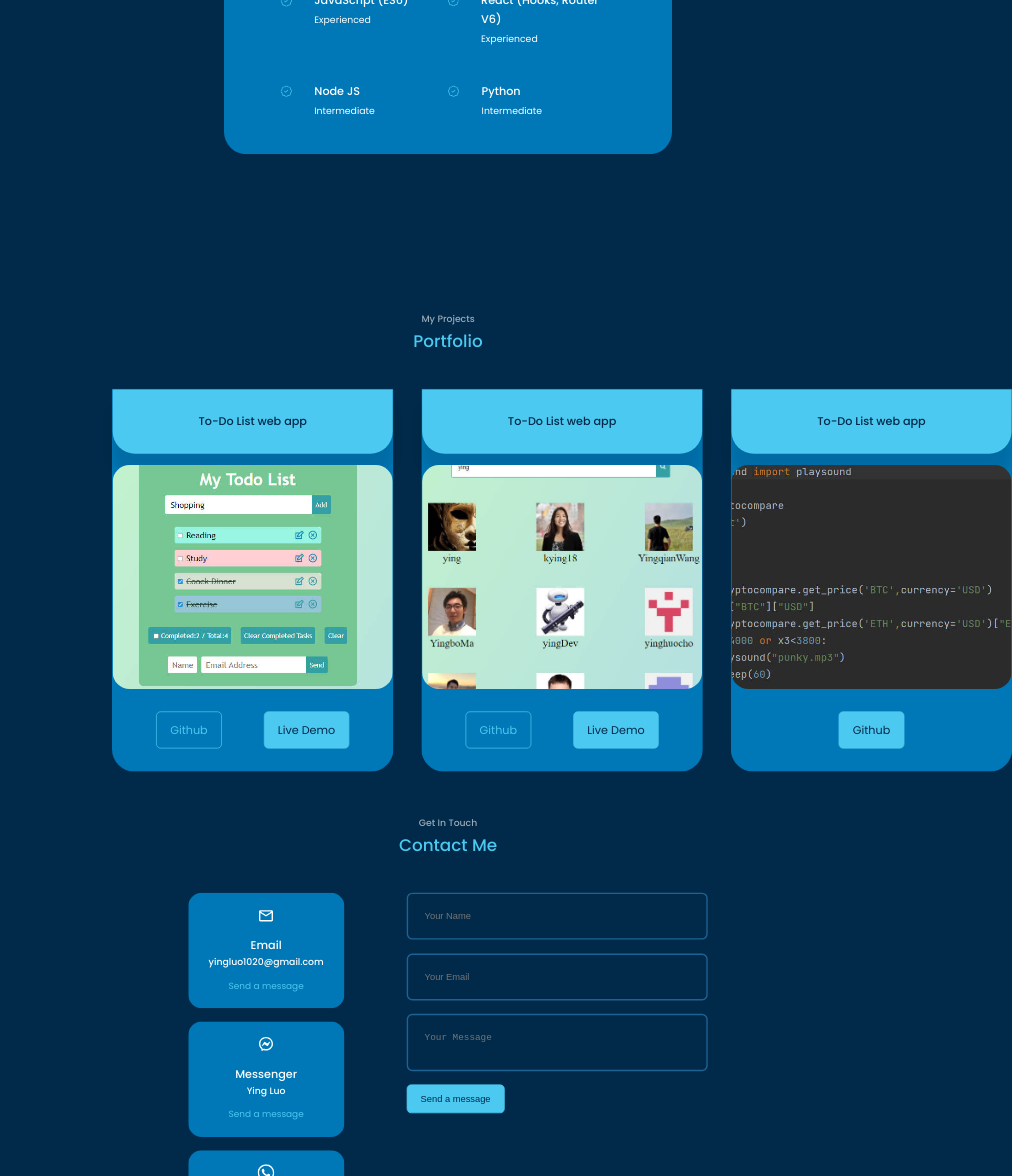
Repository: yingluo1020/react-portfolio-website
Page: /
The author's editor kept a copy of each file at every save. The page is drawn from the files as they stood at one save, then again after the next save.
The browser window is 1280 px wide. The page is 1446 px wide, so the pictures cover 1446 px, including what lies to the right of the window. The pictures show the part of the page from y = 1355 to 3035 px (the page is 3663 px tall), at 70% of full size.
The project was rebuilt for these pictures with package versions that can differ from the ones it lists, and the page was loaded fresh each time. Imported but missing from the stored project, and not drawn on this page: src/assets/YingLuo_resume.pdf.

Above is the page before, as saved 2022-03-16 12:00:15.

### src/index.css
@import url('https://fonts.googleapis.com/css2?family=Poppins:wght@300;400;500;600&display=swap');

* {
 margin: 0;
 padding: 0;
 border: 0;
 outline: 0;
 box-sizing: border-box;
 list-style: none;
 text-decoration: none;
}

:root {
    --color-bg:#012a4a;
    --color-bg-variant:#0077b6;
    --color-primary:#4cc9f0;
    --color-primary-variant:rgba(77,181,255,0.4);
    --color-white:#fff;
    --color-light:rgba(255,255,255,0.6);

    --transition:all 400ms ease;

    --container-width-lg:75%;
    --container-width-md:86%;
    --container-width-sm:90%;
}

html {
    scroll-behavior:smooth;
}

::-webkit-scrollbar {
    display: none;
}

body {
    font-family: 'Poppins', sans-serif;
    background: var(--color-bg);
    color:var(--color-white);
    line-height:1.7;
}

/* general styles */
.container {
    width:var(--container-width-lg);
    margin: 0 auto;
}

h1,
h2,
h3,
h4,
h5 {
    font-weight: 500;
}

h1 {
    font-size: 2.5rem;
}

section {
    min-height: 100vh;
}

section > h2, section > h5 {
    text-align: center;
    color: var(--color-light);
}

section > h2 {
    color: var(--color-primary);
    margin-bottom: 3rem;
}

.text-light {
    color: var(--color-light);
}

a {
    color: var(--color-primary);
    transition: var(--transition);
}

a:hover {
    color: var(--color-white);
}

.btn {
    width: max-content;
    display: inline-block;
    color: var(--color-primary);
    padding: 0.75rem 1.2rem;
    border-radius:0.4rem;
    cursor: pointer;
    border: 1px solid var(--color-primary);
    transition: var(--transition);
}

.btn:hover{
    background: var(--color-white);
    color: var(--color-bg);
    border-color: transparent;
}

.btn-primary {
    background: var(--color-primary);
    color: var(--color-bg);
}

img{
    display: block;
    width: 100%;
    object-fit: cover;
}

/* media queries(medium devices)*/
@media screen and (max-width:1024px) {
    .container {
        width: var(--container-width-sm);
    }

    section> h2 {
        margin-bottom: 2rem;
    }
}

### src/components/header/Header.js
import React from 'react'
import avatar from '../../assets/avatar.JPG'
import './header.css';
import CV from '../../assets/YingLuo_resume.pdf'


function Header() {
    return (
        <header>
            <div className="container header_container">
                <h5>Hello, I'm</h5>
                <h1>Ying Luo</h1>
                <h5 className="text-light">Front-end Developer</h5>

                <div className='cta'>
                    <a href={CV} download className='btn'>Download My CV</a>
                    <a href="#contact" className='btn btn-primary'>Contact me</a>
                </div>
            </div>
        </header>
    )
}

export default Header

### src/components/nav/Nav.js
import React, { useState } from 'react'
import './nav.css'
import { AiOutlineHome, } from 'react-icons/ai'
import { AiOutlineUser } from 'react-icons/ai'
import { BiBook } from 'react-icons/bi'
import { AiOutlineFundProjectionScreen } from 'react-icons/ai'
import { BiMessageSquareDetail } from 'react-icons/bi'


function Nav() {
    const [activeNav, setActiveNav] = useState('#')
    return (
        <nav>
            <a href="#" onClick={() => setActiveNav('#')} className={activeNav === '#' ? 'active' : ''}><AiOutlineHome /></a>
            <a href="#about" onClick={() => setActiveNav('#about')} className={activeNav === '#about' ? 'active' : ''}><AiOutlineUser /></a>
            <a href="#experience" onClick={() => setActiveNav('#experience')} className={activeNav === '#experience' ? 'active' : ''}><BiBook /></a>
            <a href="#portfolio" onClick={() => setActiveNav('#services')} className={activeNav === '#services' ? 'active' : ''}><AiOutlineFundProjectionScreen /></a>
            <a href="#contact" onClick={() => setActiveNav('#contact')} className={activeNav === '#contact' ? 'active' : ''}><BiMessageSquareDetail /></a>
        </nav>
    )
}

export default Nav

### src/components/about/About.js
import React from 'react'
import avatar from '../../assets/avatar.JPG'
import { FaChalkboardTeacher } from 'react-icons/fa'
import { VscFolderLibrary } from 'react-icons/vsc'
import { FaGithub } from 'react-icons/fa';
import './about.css';

function About() {
    return (
        <section id='about'>
            <h5>My Intro</h5>
            <h2>About Me</h2>

            <div className="container about_container">
                <div className="about_me">
                    <div className="about_image">
                        <img src={avatar} alt="About Image" />
                    </div>
                </div>

                <div className="about_content">
                    <div className="about_cards">
                        <article className="about_card">
                            <FaChalkboardTeacher className='about_icon' />
                            <h5> Self-learner on Frontend </h5>
                            <small>HTML/CSS, JavaScript, React, Axios...</small>
                        </article>

                        <article className="about_card">
                            <VscFolderLibrary className='about_icon' />
                            <h5>Personal IT Projects </h5>
                            <small>10+ completed:  </small>
                            <a href="https://github.com/yingluo1020" target="_blank"><FaGithub /></a>
                        </article>
                    </div>

                    <p>I am a highly motivated self-learner software developer with experience in developing a wide range of web applications and software. My core experience is on building front-end applications using HTML, CSS, JavaScript and React. Furthermore, I have developed various automated applications using Python to reduce repetitive and time-consuming tasks. I am currently seeking to be a frontend developer where I can apply my knowledge and further develop my skills.
                        <a href="https://github.com/yingluo1020" target="_blank"><FaGithub /></a>
                    </p>
                    <div className="about_btn">
                        <a href="#contact" className="btn btn">Contact Me</a>
                        <a href="#" target="_blank" className="btn btn-primary">Go to My Projects</a>
                    </div>

                </div>
            </div>
        </section>
    )
}

export default About

### src/components/experience/Experience.js
import React from 'react'
import './experience.css';
import { BsPatchCheck } from 'react-icons/bs'


function Experience() {
    return (
        <section id='experience'>
            <h5>What Skills I Have</h5>
            <h2>My Experience</h2>

            <div className="container experience_container">
                <article className='experience_details'>
                    <BsPatchCheck className='experience_details-icon' />
                    <div>
                        <h4>HTML</h4>
                        <small className='text_light'>Experienced</small>
                    </div>
                </article>
                <article className='experience_details'>
                    <BsPatchCheck className='experience_details-icon' />
                    <div>
                        <h4>CSS</h4>
                        <small className='text_light'>Experienced</small>
                    </div>
                </article>
                <article className='experience_details'>
                    <BsPatchCheck className='experience_details-icon' />
                    <div>
                        <h4>JavaScript (ES6)</h4>
                        <small className='text_light'>Experienced</small>
                    </div>
                </article>
                <article className='experience_details'>
                    <BsPatchCheck className='experience_details-icon' />
                    <div>
                        <h4>React (Hooks, Router V6) </h4>
                        <small className='text_light'>Experienced</small>
                    </div>
                </article>
                <article className='experience_details'>
                    <BsPatchCheck className='experience_details-icon' />
                    <div>
                        <h4>Node JS</h4>
                        <small className='text_light'>Intermediate</small>
                    </div>
                </article>
                <article className='experience_details'>
                    <BsPatchCheck className='experience_details-icon' />
                    <div>
                        <h4>Python</h4>
                        <small className='text_light'>Intermediate</small>
                    </div>
                </article>
            </div>

        </section>
    )
}

export default Experience

### src/components/portfolio/Portfolio.js
import React from 'react'
import './portfolio.css';
import project1 from '../../assets/todo1.jpg'
import project2 from '../../assets/search.jpg'
import project3 from '../../assets/btc_alert.jpg'



function Portfolio() {
    return (
        <section id='portfolio'>
            <h5>My Projects</h5>
            <h2>Portfolio</h2>
            <div className="container portfolio_container ">
                <article className='portfolio'>
                    <div className="portfolio_head">
                        <h3 >To-Do List web app</h3>
                    </div>

                    <div className="portfolio_item-image">
                        <img src={project1} alt="project1" />
                    </div>

                    <div className="portfolio_link">
                        <a href="https://github.com/yingluo1020/react_todoList" target='_blank' className='btn '>Github</a>
                        <a href="http://todolist.yingluoresume.com/" target='_blank' className='btn btn-primary'>Live Demo</a>
                    </div>
                </article>

                <article className='portfolio'>
                    <div className="portfolio_head">
                        <h3 >To-Do List web app</h3>
                    </div>

                    <div className="portfolio_body">
                        <div className="portfolio_item-image">
                            <img src={project2} alt="project1" />
                        </div>
                    </div>
                    <div className="portfolio_link">
                        <a href="https://github.com" target='_blank' className='btn '>Github</a>
                        <a href="https://dribbble.com/Alien_pixels" target='_blank' className='btn btn-primary'>Live Demo</a>
                    </div>
                </article>

                <article className='portfolio'>
                    <div className="portfolio_head">
                        <h3 >To-Do List web app</h3>
                    </div>

                    <div className="portfolio_body">
                        <div className="portfolio_item-image">
                            <img src={project3} alt="project1" />
                        </div>
                    </div>
                    <div className="portfolio_link">
                        <a href="https://github.com" target='_blank' className='btn btn-primary'>Github</a>
                    </div>
                </article>

            </div>
        </section>
    )
}

export default Portfolio

### src/components/contact/Contact.js
import React, { useRef } from 'react'
import './contact.css'
import { MdOutlineEmail } from 'react-icons/md'
import { RiMessengerLine } from 'react-icons/ri'
import { BsWhatsapp } from 'react-icons/bs'
import emailjs from '@emailjs/browser';


function Contact() {
    const form = useRef();

    const sendEmail = (e) => {
        e.preventDefault();

        emailjs.sendForm('service_s6sapzl', 'template_utnko3u', form.current, 'user_Ak4JS85QR5w9GZLqKm3hY')

        alert(`I'll will reply you ASAP :)`)
        e.target.reset()
    };

    return (
        <section id="contact">
            <h5>Get In Touch</h5>
            <h2>Contact Me</h2>

            <div className="container contact_container">
                <div className="contact_options">
                    <article className='contact_option'>
                        <MdOutlineEmail className='contact_option-icon' />
                        <h4>Email</h4>
                        <h5>yingluo1020@gmail.com</h5>
                        <a href="mailto:yingluo1020@gmail.com" target='_blank'>Send a message</a>
                    </article>

                    <article className='contact_option'>
                        <RiMessengerLine className='contact_option-icon' />
                        <h4>Messenger</h4>
                        <h5>Ying Luo</h5>
                        <a href="https://m.me/yng.luo" target='_blank'>Send a message</a>
                    </article>

                    <article className='contact_option'>
                        <BsWhatsapp className='contact_option-icon' />
                        <h4>WhatsApp</h4>
                        <h5>+44 7407171383</h5>
                        <a href="https://api.whatsapp.com/send?phone+447407171383" target='_blank'>Send a message</a>
                    </article>
                </div>
                {/* End of contact options */}
                <form action="" ref={form} onSubmit={sendEmail}>
                    <input type="text" name='name' placeholder='Your Name' required />
                    <input type="email" name='email' placeholder='Your Email' required />
                    <textarea type="text" name='name' placeholder='Your Message' required ></textarea>
                    <button type="submit" className="btn btn-primary">Send a message</button>
                </form>

            </div>
        </section>

    )
}

export default Contact

### src/components/footer/Footer.js
import React from 'react'
import './footer.css'
import { BsLinkedin } from 'react-icons/bs';
import { FaGithub } from 'react-icons/fa';
import { FiDribbble } from 'react-icons/fi';


function Footer() {
    return (
        <footer>
            <a href="https://github.com/yingluo1020" target="_blank" className='footer_logo'><FaGithub /> Ying Luo</a>
            <ul className='permalinks'>
                <li><a href="#">Home</a></li>
                <li><a href="#about">About</a></li>
                <li><a href="#experience">Experience</a></li>
                <li><a href="#portfolio">Portfolio</a></li>
                <li><a href="#contact">Contact</a></li>
            </ul>

            <div className="footer_copyright">
                <small>&copy; All rights reserved by Ying Luo.</small>
            </div>
        </footer>
    )
}

export default Footer

### src/components/header/header.css
header {
    height: 50vh;
    padding-top: 5rem;
    overflow: hidden;
}

.header_container {
    text-align: center;
    height: 100%;
    position: relative;
}

.cta {
    margin: 2.5rem auto;
    display: flex;
    gap:1.2rem;
    justify-content: center;
}

.avatar {
    background: linear-gradient(var(--color-primary),transparent) ;
    width: 22rem;
    height: 30rem;
    position: absolute;
    left: calc(50% - 11rem);
    border-radius: 12rem 12rem 0 0 ;
    overflow: hidden;
    padding: 5rem 1.5rem 1.5rem 1.5rem;
}


/* media queries(medium devices)*/
@media screen and (max-width:1024px) {
    header {
        height: 68vh;
    }
}

/* media queries(small devices)*/
@media screen and (max-width:600px) {
   header {
       height: 100vh;
   }
}

### src/components/nav/nav.css
nav {
    background: rgba(0, 0, 0, 0.3);
    width: max-content;
    display: block;
    padding:0.7rem 1.7rem;
    z-index: 2;
    position: fixed;
    left: 50%;
    transform: translateX(-50%);
    bottom: 2rem;
    display: flex;
    gap: 0.8rem;
    border-radius: 3rem;
    /* backdrop-filter: blur(15px); */
}

nav a {
    background: transparent;
    padding: 0.9rem;
    border-radius:50% ;
    display: flex;
    color: var(--color-light);
    font-size: 1.1rem;
}

nav a:hover{
    background: rgba(0, 0, 0, 0.3);
}

nav a.active {
    background: var(--color-primary);
    color: var(--color-bg);
}

### src/components/about/about.css
.about_container {
    display: grid;
    grid-template-columns: 35% 50%;
    gap: 15%;
}

.about_me{
    width: 100%;
    aspect-ratio: 0.95/1;
    border-radius: 2rem;
    background: linear-gradient(45deg,transparent,var( --color-primary),transparent);
    display: grid;
    place-items: center;
}

.about_image {
    border-radius: 2rem;
    overflow: hidden;
    transform: rotate(10deg);
    transition: var(--transition);
}

.about_image:hover{
    transform: rotate(0);
}

.about_image img {
    width: 75%;
    margin: 0 auto;
}
.about_cards {
    display: grid;
    grid-template-columns: repeat(2,1fr);
    gap: 1.5rem;
}

.about_card {
    background: var(--color-bg-variant);
    border:1px solid transparent ;
    border-radius: 1rem;
    padding: 2rem;
    text-align: center;
    transition: var(--transition);
}

.about_card:hover {
    background:transparent;
    border-color:var(--color-primary-variant) ;
    cursor: default;
}

.about_icon {
    color: var(--color-primary);
    font-size: 1.4rem;
    margin-bottom: 1rem;
}

.about_card h5 {
    font-size: 0.9rem;
}

.about_card small {
    font-size: 0.7rem;
    color: var(--color-light);
}
.about_content{
    height: fit-content;
}
.about_content p {
    margin: 2rem 0 2.6rem;
    color: var(--color-light);
}

.about_content .about_btn {
    display: flex;
    gap:1.2rem;
}

/* media queries(medium devices)*/
@media screen and (max-width:1024px) {
    .about_container {
        grid-template-columns: 1fr ;
        gap:0;
    }

    .about_me{
        width: 50%;
        margin: 2rem auto 4rem;
    }

    .about_content p {
        margin: 1rem 0 1.5rem;
    }
}

/* media queries(small devices)*/
@media screen and (max-width:600px) {
    .about_me{
        width: 65%;
        margin: 0 auto 3rem;
    }

    .about_cards {
        grid-template-columns: 1fr 1fr;
        gap: 1rem;
    }

    .about_content {
        text-align: center;
    }

    .about_content p {
        margin: 1.5rem 0.5rem;
    }
}

### src/components/experience/experience.css
.experience_container{
    width: 50%;
    display: grid;
    grid-template-columns: 1fr 1fr;
    justify-items:  stretch;
    row-gap: 3rem ;
    background: var(--color-bg-variant);
    padding: 3rem 5rem;
    border-radius: 2rem;
    border: 1px solid transparent;
    transition: var(--transition);
}


.experience_container:hover{
    background: transparent;
    border-color: var(--color-primary-variant);
    cursor: default;
}


.experience_details {
    display: flex;
    gap: 2rem;
}

.experience_details-icon{
    margin-top: 6px;
    color: var(--color-primary);
}

/* media queries(medium devices)*/
@media screen and (max-width:1024px) {
    .experience_container  {
        width: 80%;
        padding: 2rem;
        margin: 0 auto;
    }

}

/* media queries(small devices)*/
@media screen and (max-width:600px) {
    .experience_container{
        width: 100%;
        grid-template-columns: 1fr;
        padding: 1rem;
    }

}

### src/components/portfolio/portfolio.css
.portfolio_container{
    display: grid;
    grid-template-columns: repeat(3,1fr);
    gap: 2.5rem;
}

.portfolio {
    background: var(--color-bg-variant);
    border-radius:0 0 2rem 2rem;
    border: 1px solid transparent;
    /* height: fit-content; */
    transition: var(--transition);
}

.portfolio:hover {
    background: transparent;
    border-color: var(--color-primary-variant);
    transition: var(--transition);
}

.portfolio_head{
    background: var(--color-primary);
    border-radius:0 0 2rem 2rem;
    padding: 2rem;
    box-shadow: 0 2rem 1rem rgba(0,0,0,0.1);
}

.portfolio_head h3 {
    text-align: center;
    font-size: 1rem;
    color: var(--color-bg);
}

.portfolio_item-image {
    width: 25rem;
    height: 20rem;
    /* aspect-ratio: 1/1;   */
    border-radius: 1.5rem;
    overflow: hidden;
    margin: 1rem auto;
}

.portfolio_item-image img {
    width: 100%;
    height: 100%;
}

.portfolio_link {
    display: flex;
    justify-content: space-around;
    margin: 2rem;
}


/* media queries(medium devices)*/
@media screen and (max-width:1024px) {
    .portfolio_container{
        grid-template-columns: 1fr 1fr;
        gap: 1.2rem;
    }
}

/* media queries(small devices)*/
@media screen and (max-width:600px) {
    .portfolio_container {
        grid-template-columns: 1fr;
        gap: 1rem;
    }
}

### src/components/contact/contact.css
.contact_container {
    width: 58%;
    display: grid;
    grid-template-columns: 30% 58%;
    gap: 12%;
}

.contact_options {
    display: flex;
    flex-direction: column;
    gap: 1.2rem;
}

.contact_option{
    background: var(--color-bg-variant);
    padding: 1.2rem ;
    border-radius:1.2rem;
    border: 1px solid transparent;
    text-align: center;
    transition: var(--transition);
}

.contact_option:hover{
    background: transparent;
    border-color: var(--color-primary-variant);
}

.contact_option-icon{
    font-size: 1.5rem;
    margin-bottom: 0.5rem;
}

.contact_option a {
    margin-top: 0.7rem;
    display: inline-block;
    font-size: 0.8rem;
}

/* form */
form {
    display: flex;
    flex-direction: column;
    gap: 1.2rem;
}

input, textarea{
    width: 100%;
    padding: 1.5rem ;
    border-radius:0.5rem;
    border: 2px solid var(--color-primary-variant);
    background: transparent;
    resize: none; /* 元素不能被用户缩放。 */
    color: var(--color-white);
}

/* media queries(medium devices)*/
@media screen and (max-width:1024px) {
    .contact_container {
        grid-template-columns: 1fr;
        gap: 2rem;
    }

}

/* media queries(small devices)*/
@media screen and (max-width:600px) {
    .contact_container{
        width: var(--container-width-sm);
    }
}

### src/components/footer/footer.css
footer {
    background: var(--color-primary);
    padding: 2rem 0;
    text-align: center;
    font-size: 0.9rem;
    margin-top: 7rem;
}

footer a {
    color: var(--color-bg);
}

.footer_logo{
    font-size: 2rem;
    font-weight: 500;
    margin-bottom: 2rem;
    display: inline-block;
}

.permalinks{
    display: flex;
    flex-wrap: wrap;
    justify-content: center;
    gap: 2rem;
    margin: 0 auto 3rem;
}

.footer_socials{
    display: flex;
    justify-content: center;
    gap: 1rem;
    margin-bottom: 4rem;
}

.footer_socials a {
    display: flex;
    background: var(--color-bg);
    color: var(--color-white);
    padding: 0.8rem;
    border-radius: 0.7rem;
    border: 1px solid transparent;
    transition: var(--transition);
}

.footer_socials a:hover{
    background: transparent;
    color: var(--color-bg);
    border-color: var(--color-bg);
}

.footer_copyright {
    margin-bottom: 4rem;
    color: var(--color-bg);
}

/* media queries(small devices)*/
@media screen and (max-width:600px) {
    .permalinks{
        flex-direction: column;
        gap: 1.5rem;
    }

    .footer_socials{
        margin-bottom: 2.6rem;
    }
}

Loaded but not shown: public/index.html (common file); src/index.js (common file); src/App.js (common file)

After the next save:
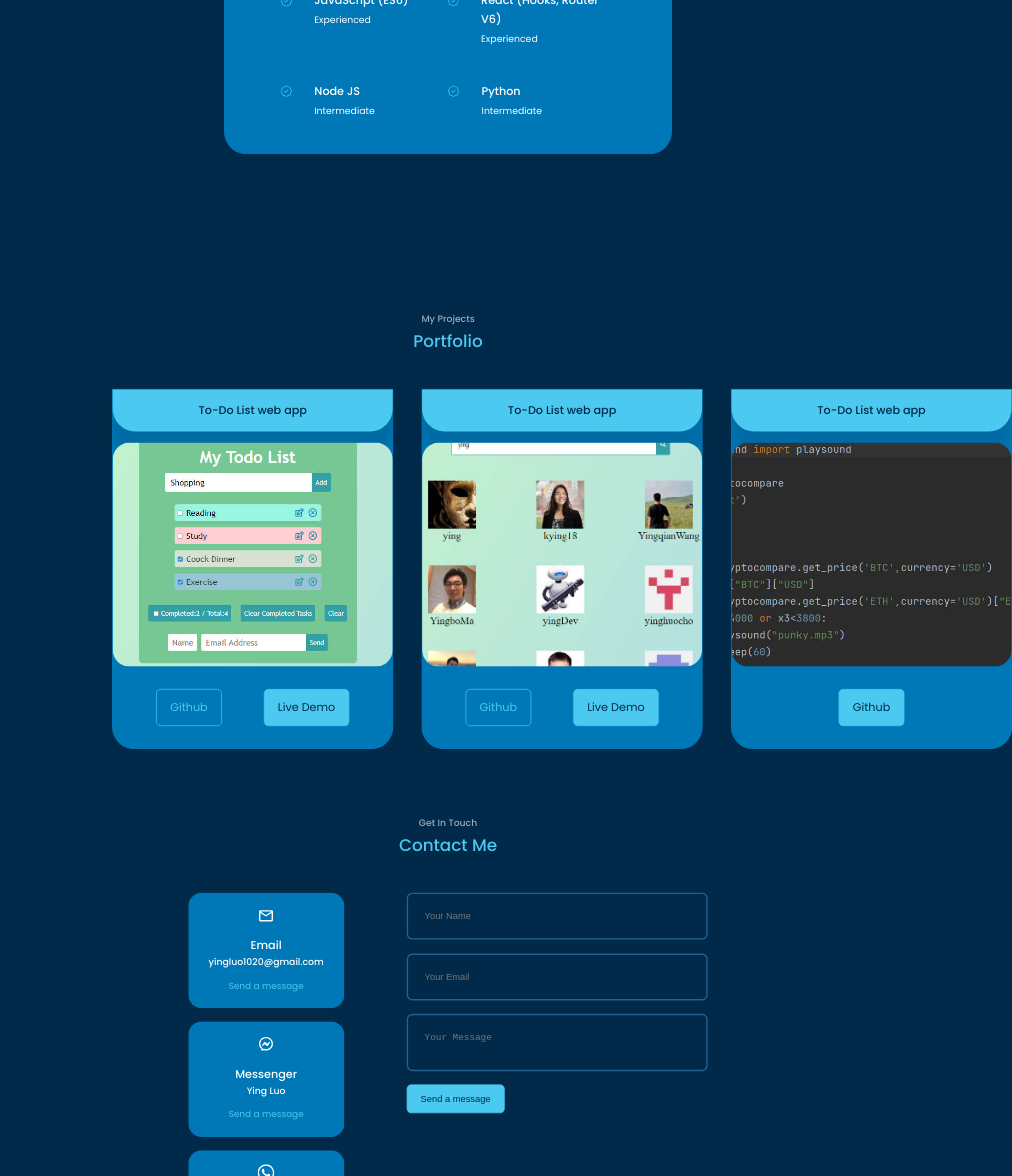
Saved 61 s later.
--- a/src/components/portfolio/portfolio.css
+++ b/src/components/portfolio/portfolio.css
@@ -21,7 +21,7 @@
 .portfolio_head{
     background: var(--color-primary);
     border-radius:0 0 2rem 2rem;
-    padding: 2rem;
+    padding: 1rem;
     box-shadow: 0 2rem 1rem rgba(0,0,0,0.1);
 }
 
